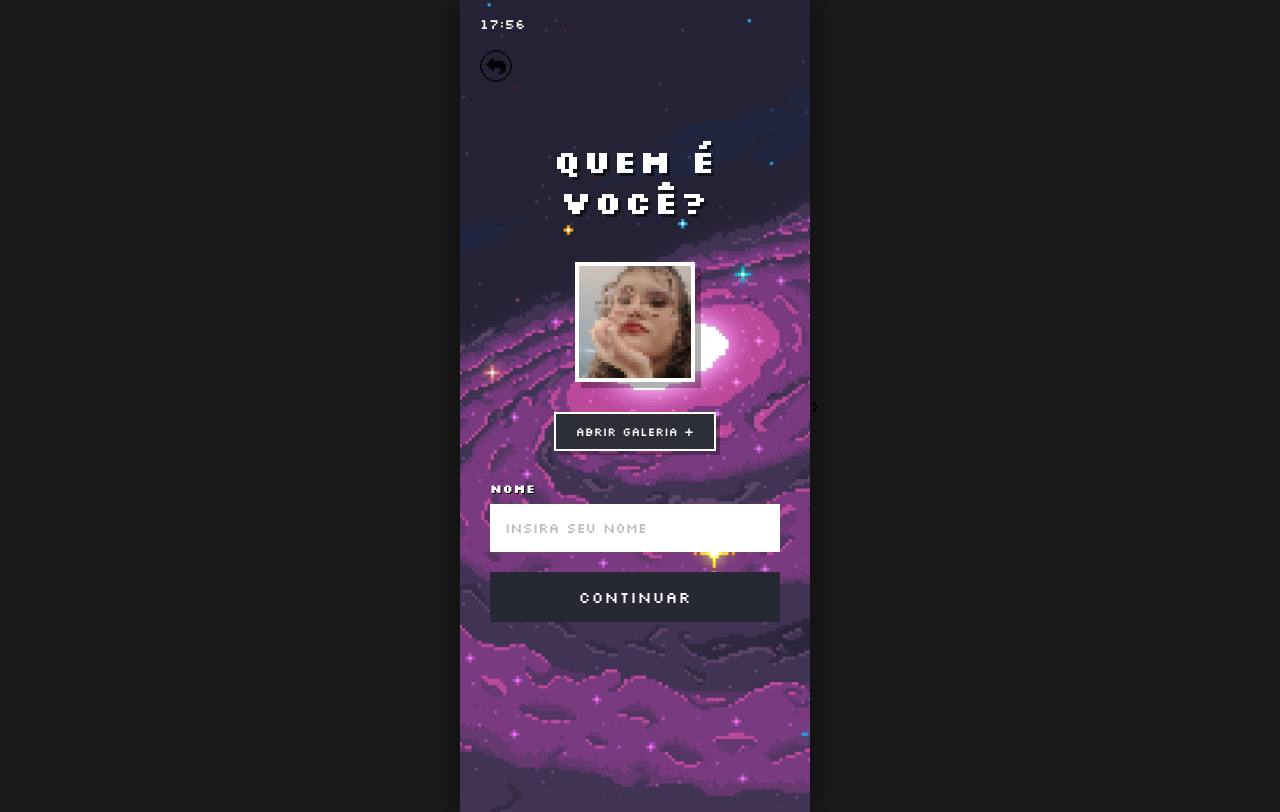
Repository: Davsool/Passport
Page: perfil.html
These files come from the project's save history. The page is drawn as it stood at one moment and after the next save; the edit follows.
The browser window is 1280 px wide. The pictures show the whole page.

Above is the page before, as saved 2025-12-30 02:19:28.

After the next save:
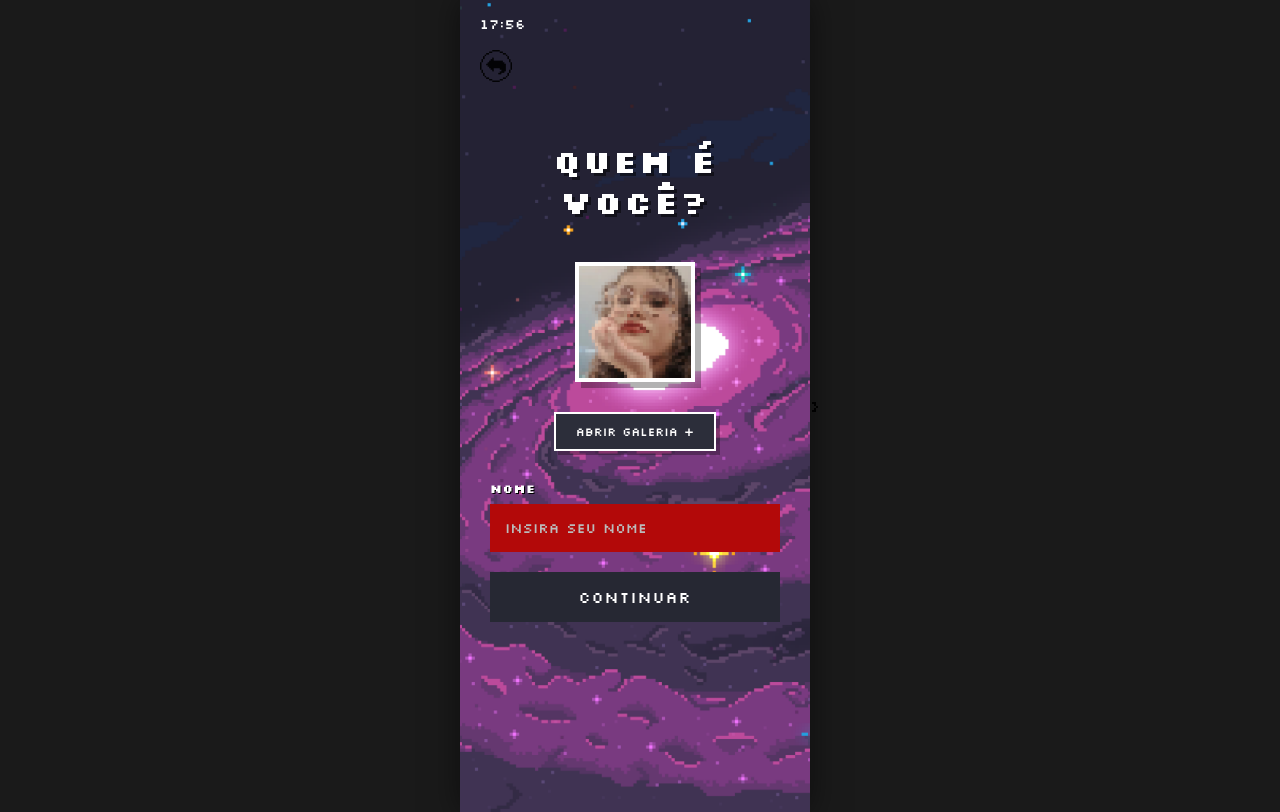
Saved 8 s later.
--- a/style.css
+++ b/style.css
@@ -101,7 +101,7 @@
     padding: 15px;
     border: none;
     font-size: 14px;
-    background: #fff;
+    background: #b30909;
     color: #555;
     outline: none;
 }

After the save that followed:
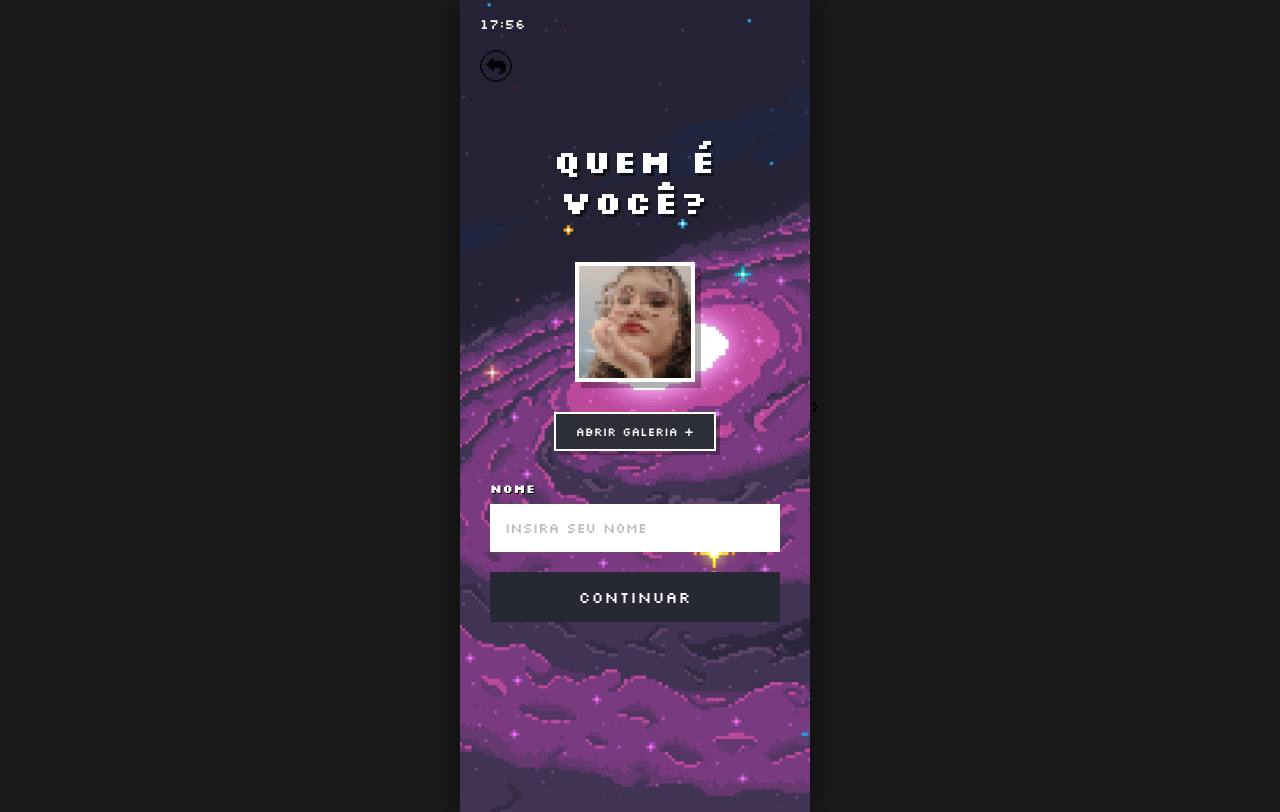
Saved 9 s later.
--- a/style.css
+++ b/style.css
@@ -101,7 +101,7 @@
     padding: 15px;
     border: none;
     font-size: 14px;
-    background: #b30909;
+    background: #fff;
     color: #555;
     outline: none;
 }
